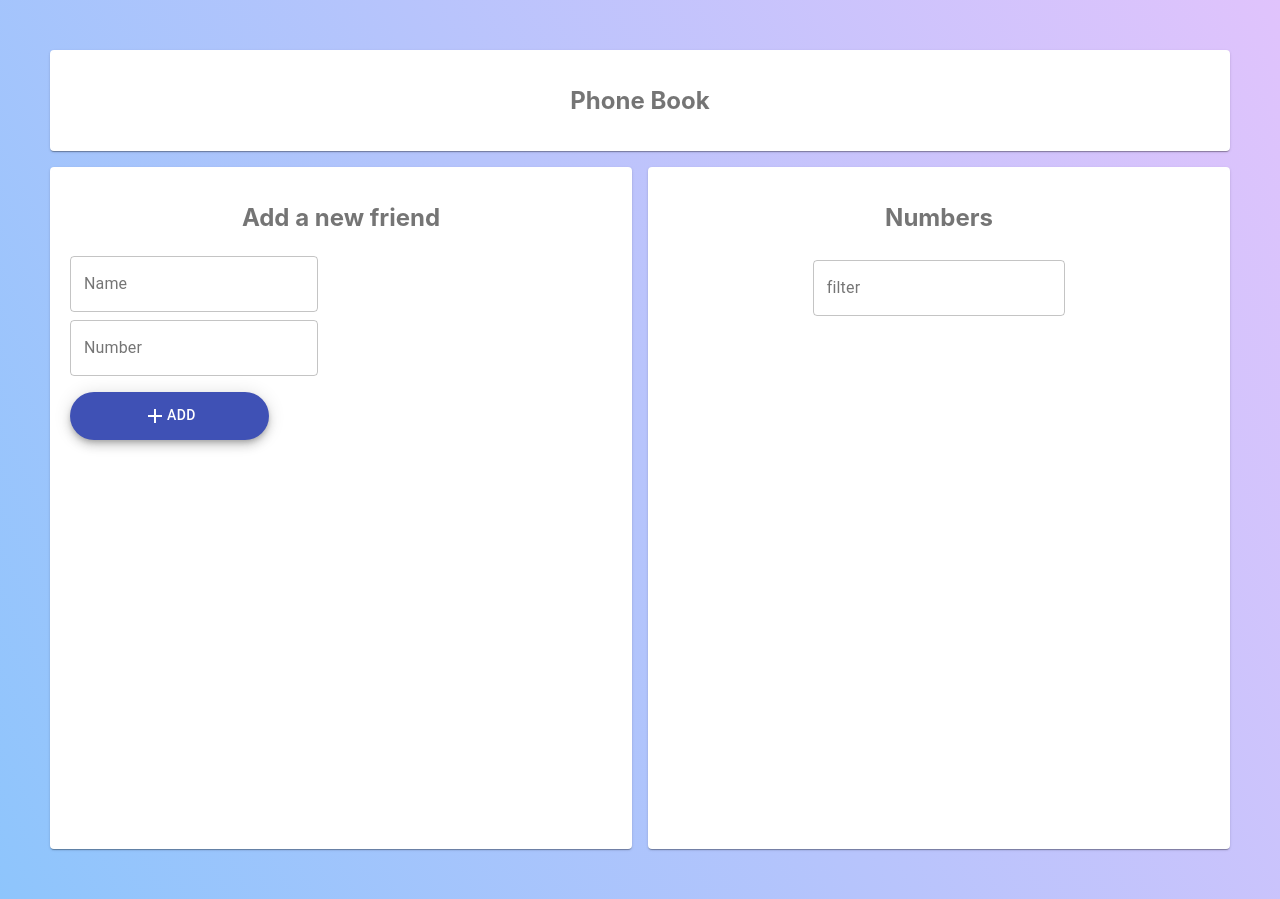
Repository: StacyLafume/phone-book
Page: / (app in phone-book/)
These files come from the project's save history. The page is drawn as it stood at one moment and after the next save; the edit follows.
The browser window is 1280 px wide. The pictures show the whole page.
The page's requests for data from a server got no answer. The project was rebuilt for these pictures with package versions that can differ from the ones it lists, and the page was loaded fresh each time. No one was signed in, and anything a server would have sent is missing. Also part of the build but not shown: phone-book/src/PhoneBook.js.

Above is the page before, as saved 2021-04-02 02:28:36.

After the next save:
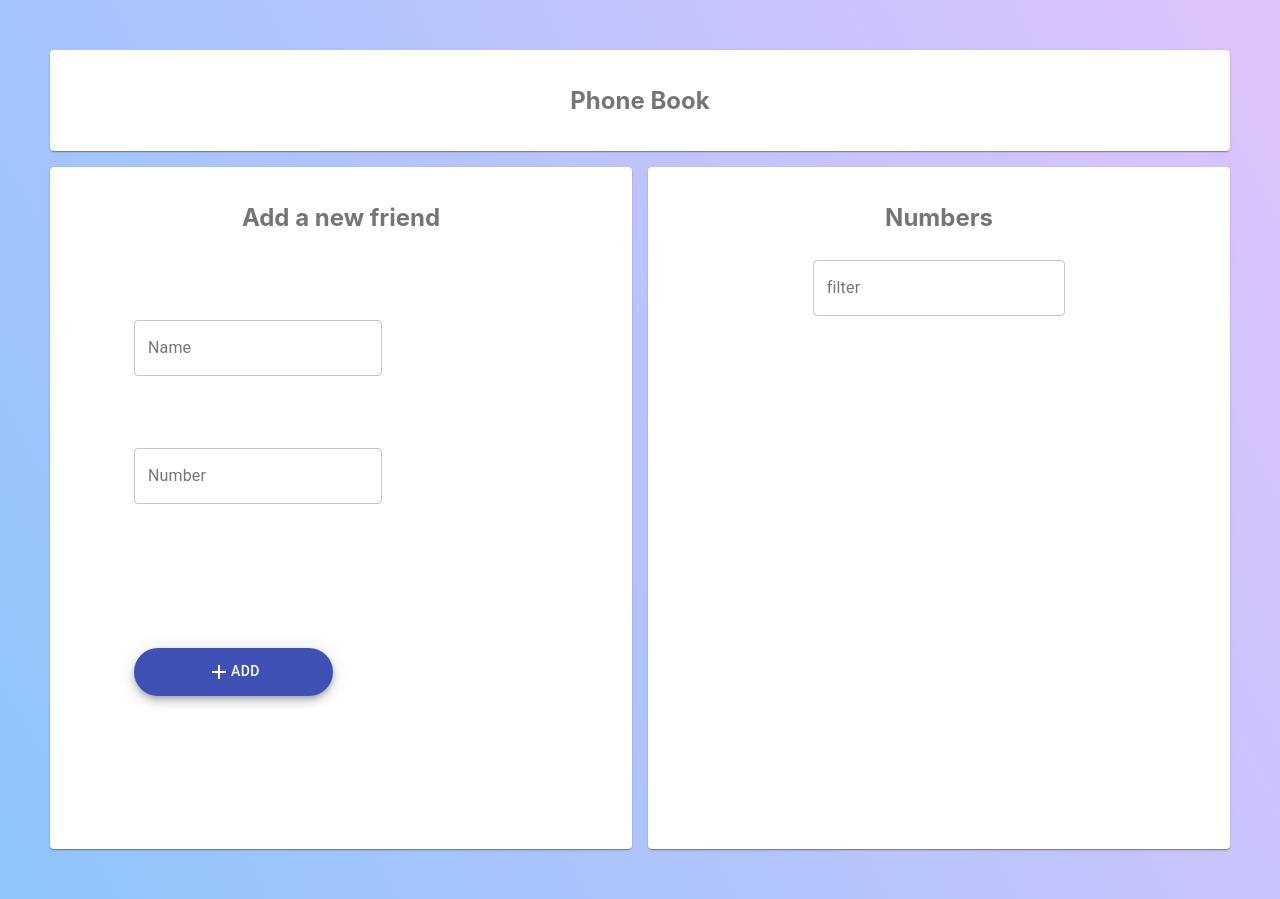
Saved 23 s later.
--- a/phone-book/src/PersonForm.js
+++ b/phone-book/src/PersonForm.js
@@ -17,7 +17,7 @@ const PersonForm = ({
   const useStyles = makeStyles((theme) => ({
     root: {
       '& > *': {
-        margin: theme.spacing(1),
+        margin: theme.spacing(9),
         width: '25ch',
       },
     },
